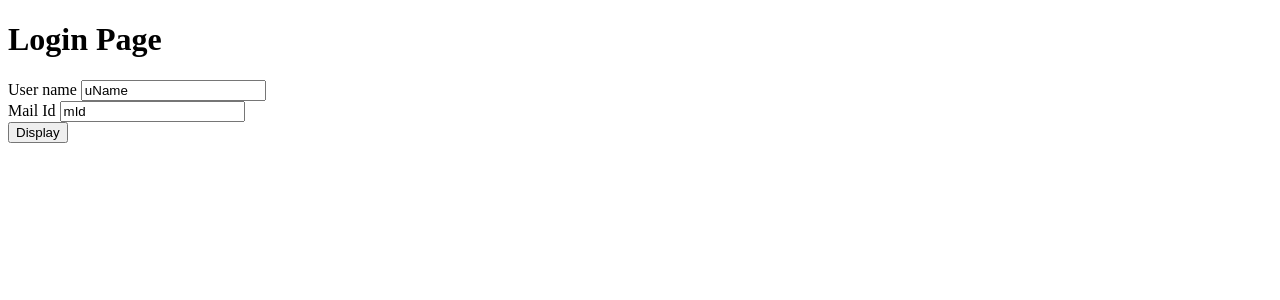
Repository: VASADUNESH/ADV_JAVA-JDBC-SERVLET-JSP
Page: ServletProject1/src/main/webapp/user.html
An editor plug-in stored every save of this project. The page is shown before and after the next save, followed by the edit.
The browser window is 1280 px wide. The pictures show the whole page.

Above is the page before, as saved 2025-02-05 07:00:59.

After the next save:
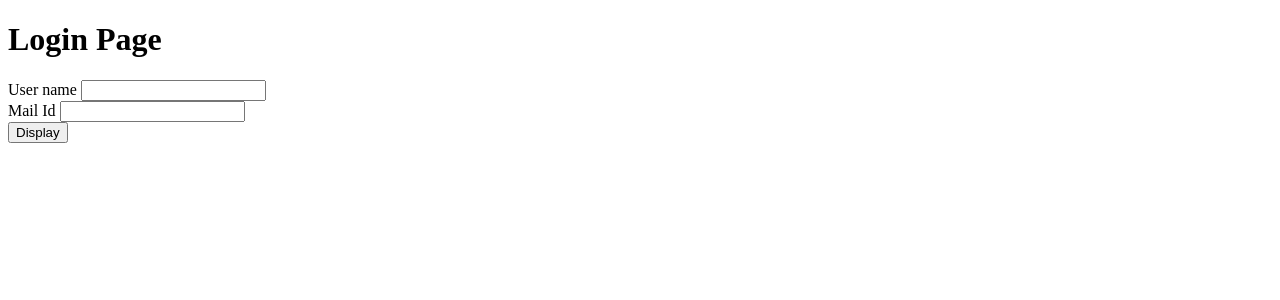
Saved 34 s later.
--- a/ServletProject1/src/main/webapp/user.html
+++ b/ServletProject1/src/main/webapp/user.html
@@ -7,8 +7,8 @@
 <body>
 	<form action="dis" method="post">
 	<h1>Login Page</h1>
-	User name <input type="text" value="uName" /><br/>
-	Mail Id <input type="mail" value="mId" /> <br/>
+	User name <input type="text" name="uName" /><br/>
+	Mail Id <input type="mail" name="mId" /> <br/>
 	<input type="submit" value="Display"/>
 
 
